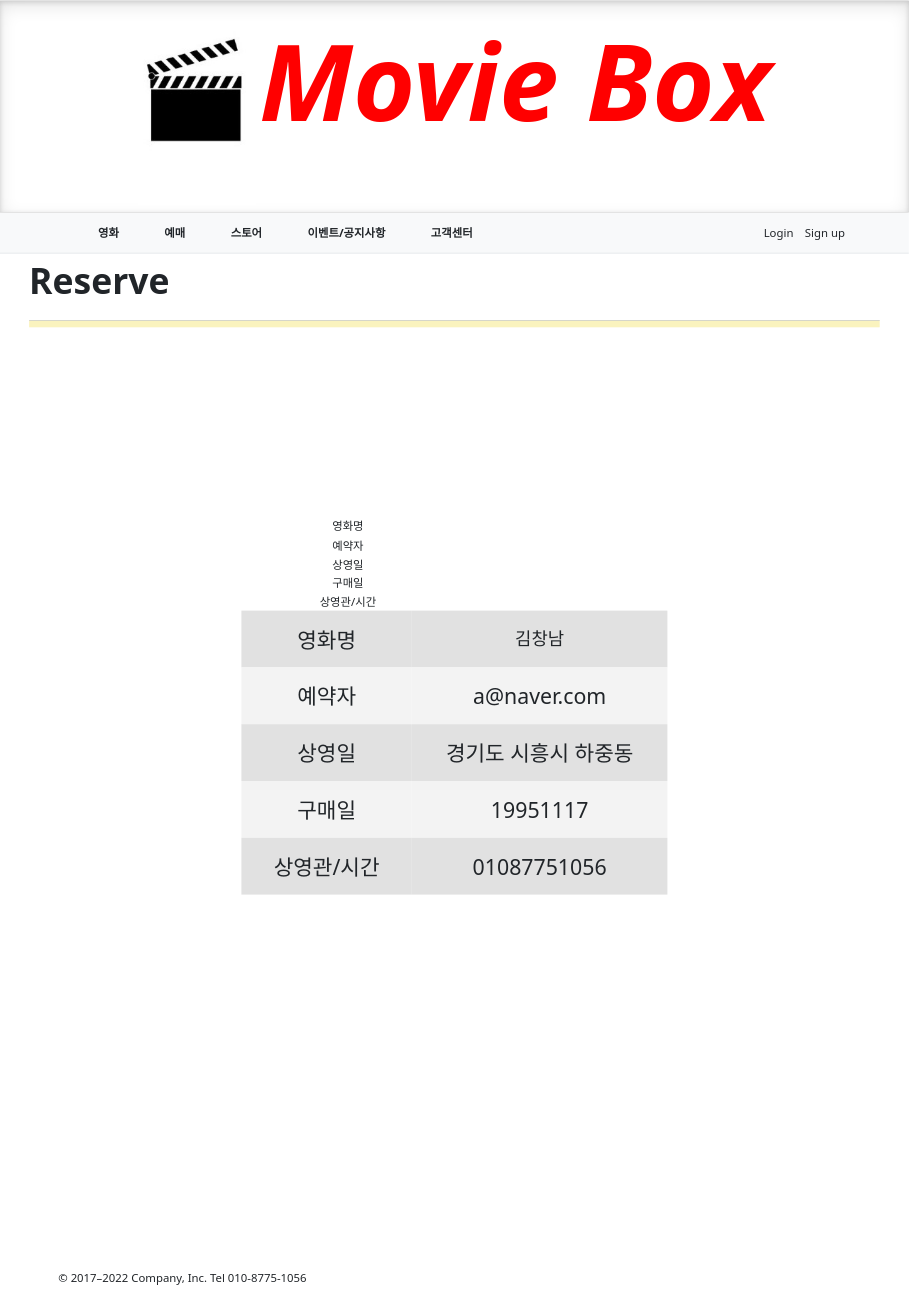
Repository: SpearManCN/MovieBox-2nd-Project-
Page: http://localhost/prj_01/WEB-INF/views/reserveInfo.jsp
The author's editor kept a copy of each file at every save. The page is drawn from the files as they stood at one save, then again after the next save.
The browser window is 1280 px wide. The pictures show the whole page, at 71% of full size.
The page is served by Tomcat 9. Nobody is signed in. The template is opened directly, without the code that normally fills it, so the values that code supplies are empty.

Above is the page before, as saved 2022-12-20 12:09:48.

After the next save:
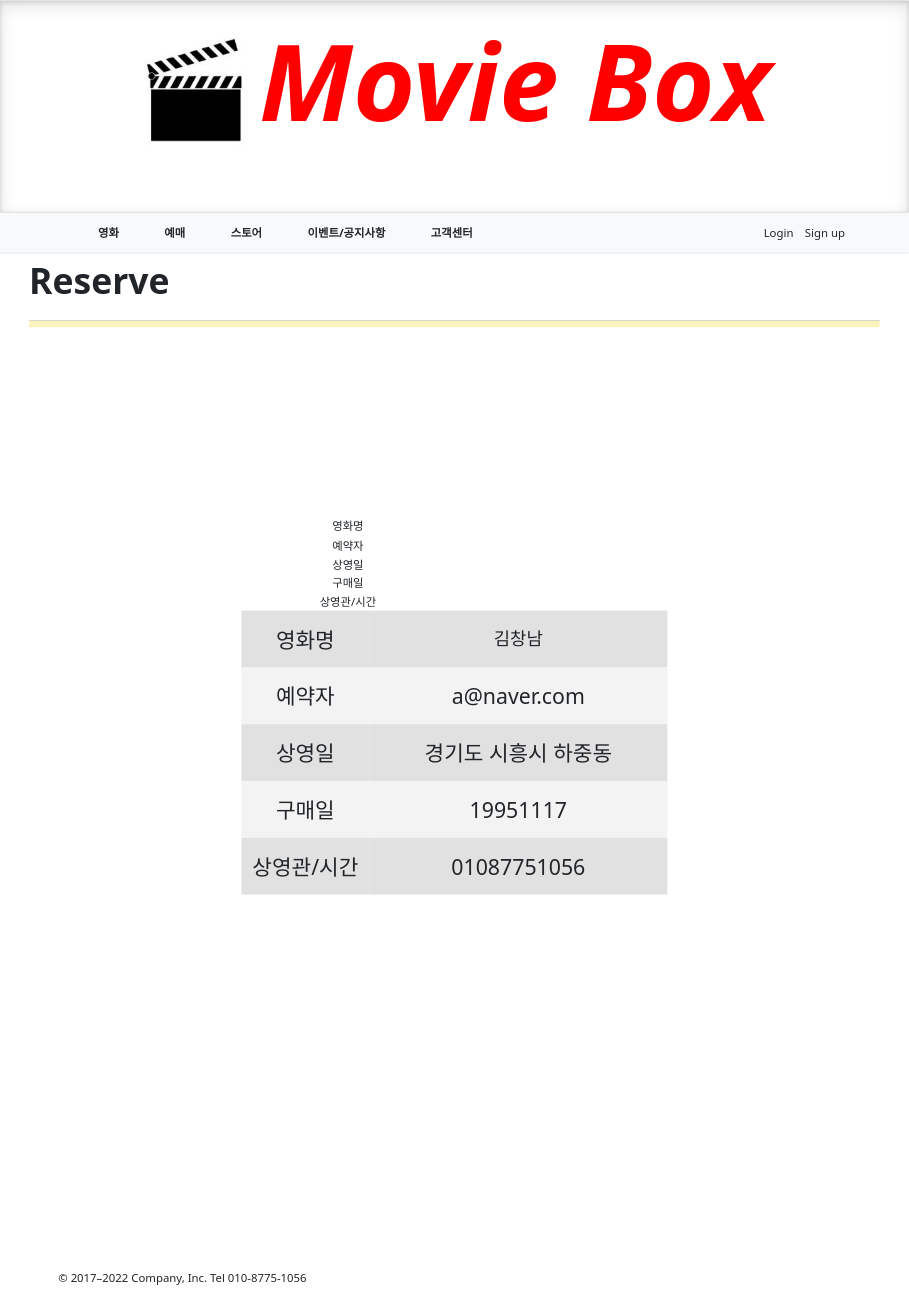
Saved 6 s later.
--- a/Second project/prj_01/src/main/webapp/WEB-INF/views/reserveInfo.jsp
+++ b/Second project/prj_01/src/main/webapp/WEB-INF/views/reserveInfo.jsp
@@ -86,7 +86,7 @@
 	<tr align="center"><td width="50%">상영관/시간<td>
 </table>
 <table align="center" width="600px">
- <tr bgcolor="#E1E1E1" height="80px"><td align="center" width="40%" style="font-size:30px;">영화명</td><td align="center" style="font-size:25px;">김창남</td>
+ <tr bgcolor="#E1E1E1" height="80px"><td align="center" width="30%" style="font-size:30px;">영화명</td><td align="center" style="font-size:25px;">김창남</td>
 </tr>
  <tr bgcolor="#F3F3F3" height="80px"><td align="center" style="font-size:30px;">예약자</td><td align="center" style="font-size:30px;">a@naver.com</td>
 </tr>
